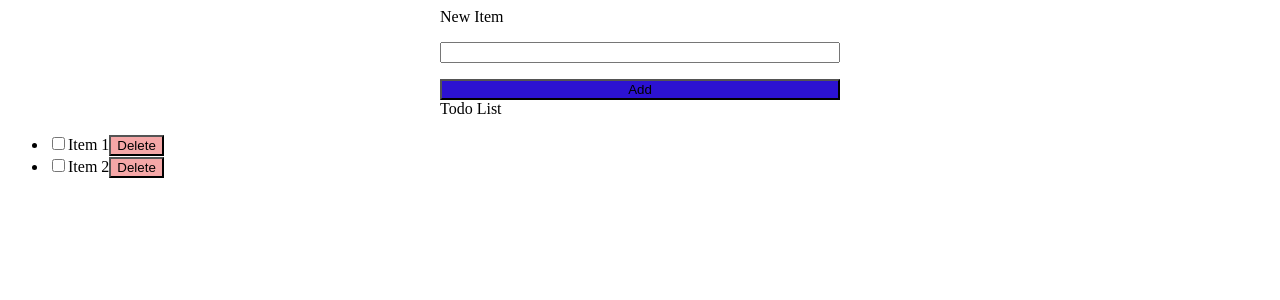
Repository: emmanuel2011-program/react-to-do-list
Page: /
An editor plug-in stored every save of this project. The page is shown before and after a run of saves, followed by the edit.
The browser window is 1280 px wide. The pictures show the whole page.
The project was rebuilt for these pictures with package versions that can differ from the ones it lists, and the page was loaded fresh each time. Also part of the build but not shown: vite.config.js.

Above is the page before, as saved 2025-11-03 10:06:44.

After the next 5 saves:
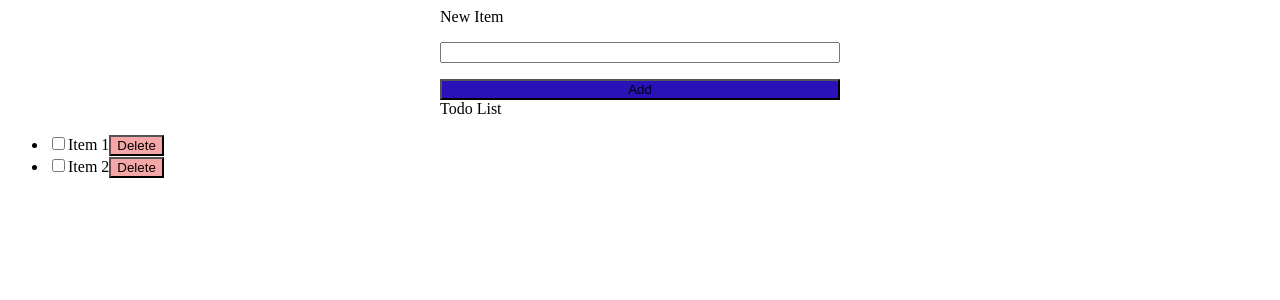
The 5 saves are shown as one change because they came seconds apart.
The last was saved 11 s later.
--- a/src/styles.css
+++ b/src/styles.css
@@ -11,7 +11,7 @@
     background-color: rgb(245, 167, 167);
 }
 .btn {
-    background-color: rgb(44, 18, 210);
+    background-color: rgb(41, 19, 184);
 }
 
 .form-row {
